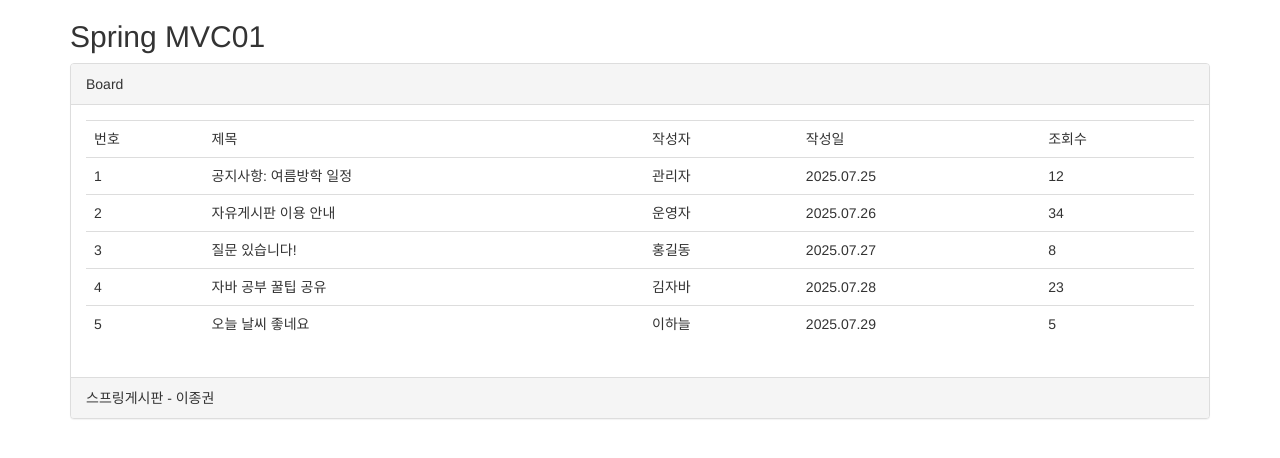
Repository: leejonggwon/PBG_SpringProject
Page: http://localhost/SpringMVC01/boardList.do
The author's editor kept a copy of each file at every save. The page is drawn from the files as they stood at one save, then again after the next save.
The browser window is 1280 px wide. The pictures show the whole page.
The page is served by Tomcat 9. Other server files are loaded and not shown.

Above is the page before, as saved 2025-07-31 07:19:53.

### SpringMVC01/src/main/webapp/WEB-INF/views/boardList.jsp
<%@ page language="java" contentType="text/html; charset=UTF-8"
    pageEncoding="UTF-8"%>
<%@ taglib prefix="c" uri="http://java.sun.com/jsp/jstl/core"%>
<!DOCTYPE html>
<html>
<head>
<meta charset="UTF-8">
<title>Insert title here</title>
<link rel="stylesheet" href="https://maxcdn.bootstrapcdn.com/bootstrap/3.4.1/css/bootstrap.min.css">
<script src="https://ajax.googleapis.com/ajax/libs/jquery/3.7.1/jquery.min.js"></script>
<script src="https://maxcdn.bootstrapcdn.com/bootstrap/3.4.1/js/bootstrap.min.js"></script>
</head>
<body>
	<div class="container">
		<h2>Spring MVC01</h2>
		<div class="panel panel-default">
			<div class="panel-heading">Board</div>
			<div class="panel-body">
				<table class= "table">
					<tr>
						<td>번호</td>
						<td>제목</td>
						<td>작성자</td>
						<td>작성일</td>
						<td>조회수</td>
					</tr>

					<tr>
						<td>1</td>
						<td>공지사항: 여름방학 일정</td>
						<td>관리자</td>
						<td>2025.07.25</td>
						<td>12</td>
					</tr>
					<tr>
						<td>2</td>
						<td>자유게시판 이용 안내</td>
						<td>운영자</td>
						<td>2025.07.26</td>
						<td>34</td>
					</tr>
					<tr>
						<td>3</td>
						<td>질문 있습니다!</td>
						<td>홍길동</td>
						<td>2025.07.27</td>
						<td>8</td>
					</tr>
					<tr>
						<td>4</td>
						<td>자바 공부 꿀팁 공유</td>
						<td>김자바</td>
						<td>2025.07.28</td>
						<td>23</td>
					</tr>
					<tr>
						<td>5</td>
						<td>오늘 날씨 좋네요</td>
						<td>이하늘</td>
						<td>2025.07.29</td>
						<td>5</td>
					</tr>
				</table>
			</div>
			<div class="panel-footer">스프링게시판 - 이종권</div>
		</div>
	</div>
</body>
</html>

After the next save:
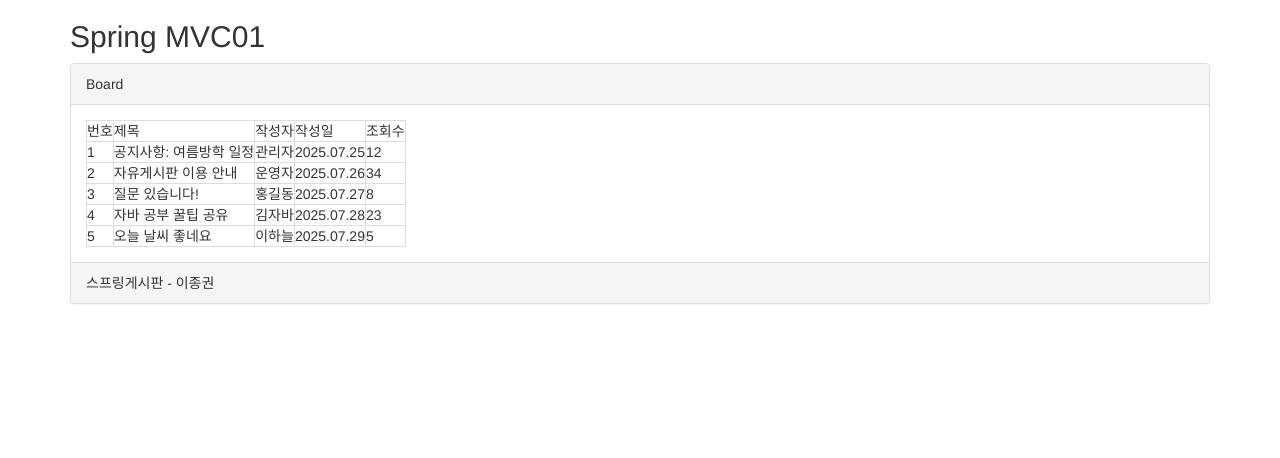
Saved 18 h 15 min later.
--- a/SpringMVC01/src/main/webapp/WEB-INF/views/boardList.jsp
+++ b/SpringMVC01/src/main/webapp/WEB-INF/views/boardList.jsp
@@ -16,7 +16,7 @@
 		<div class="panel panel-default">
 			<div class="panel-heading">Board</div>
 			<div class="panel-body">
-				<table class= "table">
+				<table class= "table-bordered">
 					<tr>
 						<td>번호</td>
 						<td>제목</td>

After the save that followed:
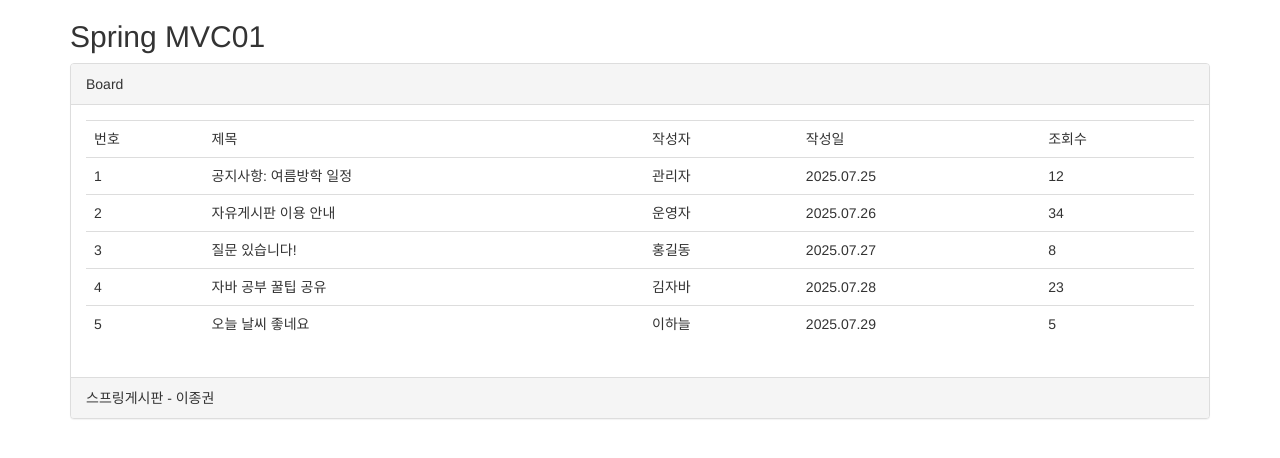
Saved 27 s later.
--- a/SpringMVC01/src/main/webapp/WEB-INF/views/boardList.jsp
+++ b/SpringMVC01/src/main/webapp/WEB-INF/views/boardList.jsp
@@ -16,7 +16,7 @@
 		<div class="panel panel-default">
 			<div class="panel-heading">Board</div>
 			<div class="panel-body">
-				<table class= "table-bordered">
+				<table class= "table bordered">
 					<tr>
 						<td>번호</td>
 						<td>제목</td>
